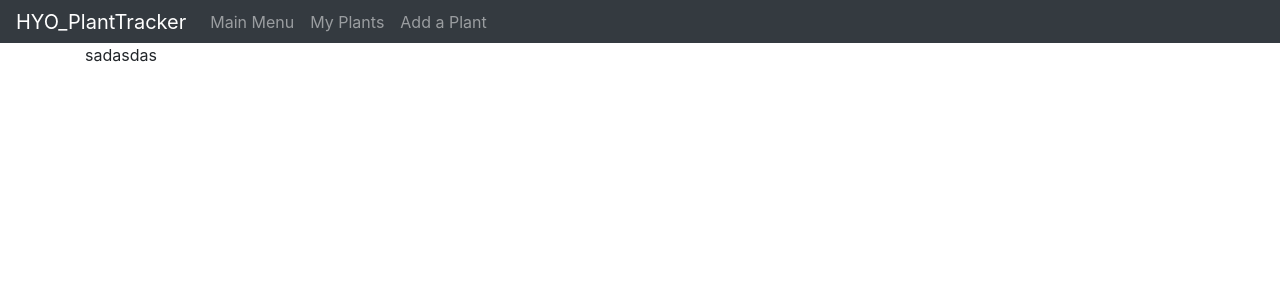
Repository: emersonwilliams/HYO_PlantTracker
Page: capstone_app/plant_tracker/templates/myplants.html
The author's editor kept a copy of each file at every save. The page is drawn from the files as they stood at one save, then again after the next save.
The browser window is 1280 px wide. The pictures show the whole page.

Above is the page before, as saved 2020-08-01 23:59:37.

After the next save:
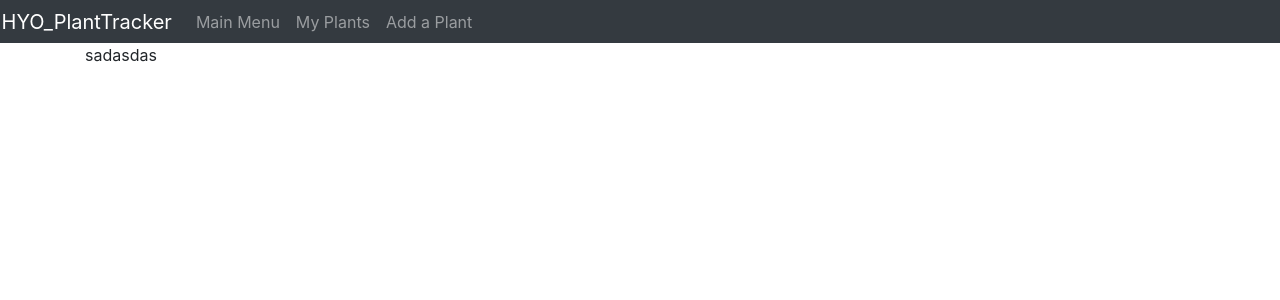
Saved 4 s later.
--- a/capstone_app/plant_tracker/static/css/myplants.css
+++ b/capstone_app/plant_tracker/static/css/myplants.css
@@ -1,3 +1,3 @@
 .navbar{
-    padding: 0.1em 0.1em 0.1em 1em;
+    padding: 0.1em 0.1em 0.1em 0.1em;
 }
